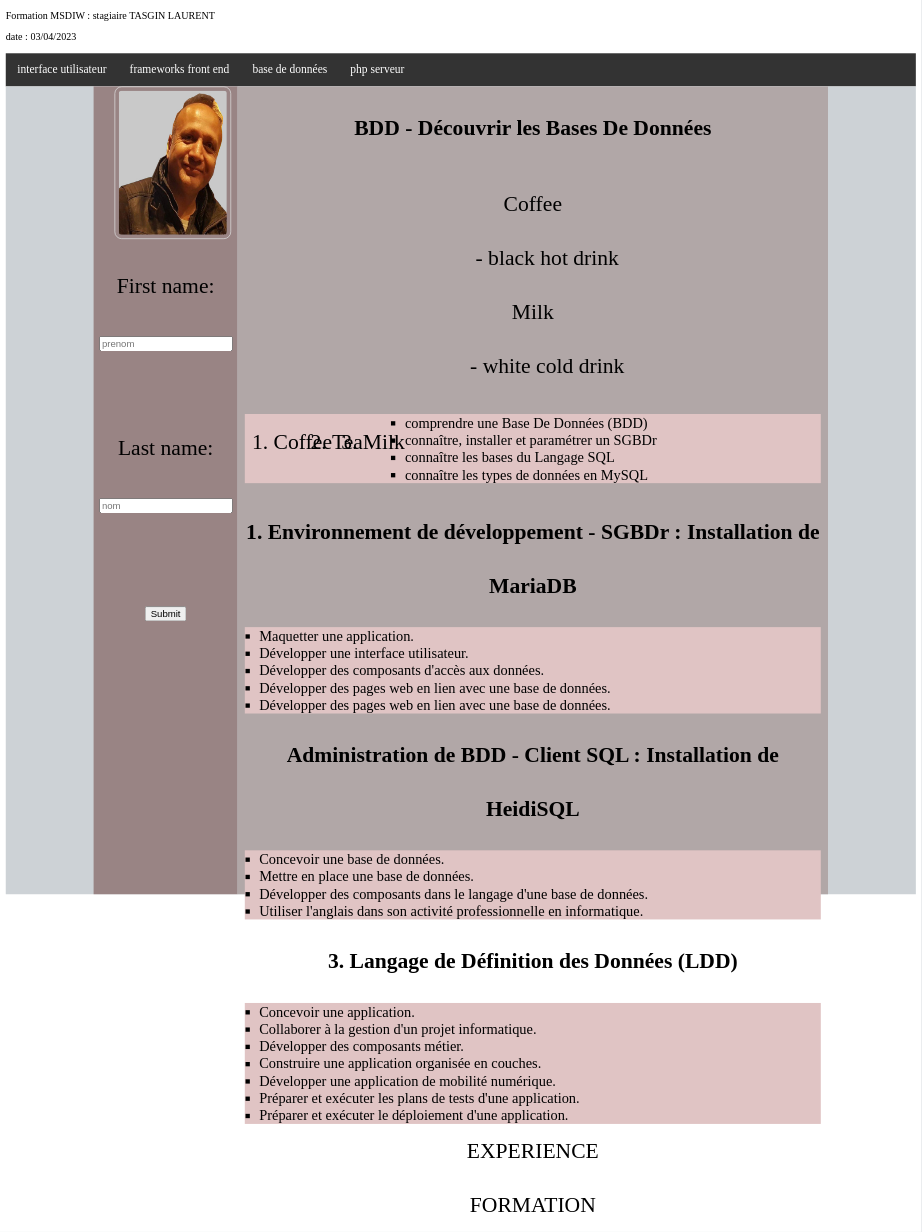
Repository: laurentbul/ApplicationEssai
Page: exercice/ex1/stagiaire_laurent/BACK/BDD/SQL/bdd1_alimenter.html
The author's editor kept a copy of each file at every save. The page is drawn from the files as they stood at one save, then again after the next save.
The browser window is 1280 px wide. The pictures show the whole page, at 72% of full size.

Above is the page before, as saved 2023-04-06 06:03:00.

### exercice/ex1/stagiaire_laurent/BACK/BDD/SQL/bdd1_alimenter.html
<!DOCTYPE html>
<html lang="en">

<head>
  <meta charset="UTF-8">
  <meta http-equiv="X-UA-Compatible" content="IE=edge">
  <meta name="viewport" content="width=device-width, initial-scale=1.0">
  <link rel="icon" type="image/x-icon" sizes="30x30" href="../IMG/img.jpeg">
  <link rel="stylesheet" href="/FRONT/STATIQUE/CSS/msdiw.css">
  <title>Document</title>
  <style>
  </style>
</head>
</head>

<body>
  <p>Formation MSDIW : stagiaire TASGIN LAURENT</p>
  <p>date : 03/04/2023</p>
  <ul>
    <li><a href="./interface_utilisateur.html">interface utilisateur</a></li>
    <li><a href="./interface_utilisateur.html">frameworks front end</a></li>
    <li><a href="./interface_utilisateur.html">base de données</a></li>
    <li><a href="./interface_utilisateur.html">php serveur</a></li>
  </ul>
  <!-- <div>
        <input type="color" id="head" name="head" value="blue">
        <label for="head">Head</label>
    </div> -->
  <div class="flex-container">
    <div class="div_gauche">
      <img src="../IMG/img.jpeg" alt="photo d'identité" width="200" height="200">
      <form action="/action_page.php">
        <label for="fname">First name:</label>
        <input type="text" id="fname" name="fname" placeholder="prenom"><br><br>
        <label for="lname">Last name:</label>
        <input type="text" id="lname" name="lname" placeholder="nom"><br><br>
        <input type="submit" value="Submit">
      </form>
    </div>
    <div class="div_droite">
      <div>
        <h1>BDD - Découvrir les Bases De Données</h1>

        <dl>
            <dt>Coffee</dt>
            <dd>- black hot drink</dd>
            <dt>Milk</dt>
            <dd>- white cold drink</dd>
          </dl>
          <ol>
            <li>Coffee</li>
            <li>Tea</li>
            <li>Milk</li>
          </ol>
        <ol class="paragraphe">
            <li class="competence" >comprendre une Base De Données (BDD)</li>
            <li class="competence" >connaître, installer et paramétrer un SGBDr</li>
            <li class="competence" >connaître les bases du Langage  SQL</li>
            <li class="competence" >connaître les types de données  en MySQL</li>
        </ol>



        <h1 class="titre">1. Environnement de développement - SGBDr : Installation de MariaDB</h1>
        <ul class="paragraphe" >
          <li class="competence"> Maquetter une application.</li>
          <li class="competence"> Développer une interface utilisateur.</li>
          <li class="competence"> Développer des composants d'accès aux données.</li>
          <li class="competence"> Développer des pages web en lien avec une base de données.</li>
          <li class="competence"> Développer des pages web en lien avec une base de données.</li>
        </ul>
        <h1 class="titre">Administration de BDD - Client SQL : Installation de HeidiSQL</h1>
        <ul class="paragraphe" >
          <li class="competence">Concevoir une base de données.</li>
          <li class="competence">Mettre en place une base de données.</li>
          <li class="competence">Développer des composants dans le langage d'une base de données.</li>
          <li class="competence"> Utiliser l'anglais dans son activité professionnelle en informatique.</li>
        </ul>
        <h1 class="titre">3. Langage de Définition des Données (LDD)</h1>
        <ul class="paragraphe">
          <li class="competence"> Concevoir une application.</li>
          <li class="competence"> Collaborer à la gestion d'un projet informatique.</li>
          <li class="competence"> Développer des composants métier.</li>
          <li class="competence"> Construire une application organisée en couches.</li>
          <li class="competence"> Développer une application de mobilité numérique.</li>
          <li class="competence"> Préparer et exécuter les plans de tests d'une application.</li>
          <li class="competence"> Préparer et exécuter le déploiement d'une application.</li>
        </ul>
      </div>
      <div>EXPERIENCE</div>
      <div>FORMATION</div>
    </div>
</body>

</html>

### exercice/ex1/stagiaire_laurent/FRONT/STATIQUE/CSS/msdiw.css
.corps{
    background-color: rgb(201, 149, 71);
    width:900px;
    border: 1px;
  margin-top: 10px;
  margin-left: auto;
  margin-right: auto;
  padding:50px;
}
.paragraphe{
    background-color: #e0c4c4;
    line-height:80%;
    list-style-type:square;
}
.competence{
    font-size: 20px;
    margin-left: 20px;
    float:none;
    text-align:left;
}


h1 {
    font-size: 30px;
  }

  h2 {
    font-size: 30px;
  }

  p {
    font-size: 14px;
  }

.flex-container {
    display: flex;
    flex-direction: row;
    background-color: rgb(205, 210, 214);
  }

  .flex-container > div {

    text-align: center;
    line-height: 75px;
    font-size: 30px;
  }

  .div_gauche{
    background-color: #998484;
    width: 200px;
    margin-left: auto;
    height: 1122px; ;
  }
  .div_droite{
    background-color: #b1a7a7;
    width: 800px;
    height: 1122px;
    margin-right: auto;
    padding-left: 10px;
    padding-right: 10px;
  }

ul {
    list-style-type: none;
    margin: 0;
    padding: 0;
    overflow: hidden;
    background-color: #333;
}

li {
    float: left;
}

li a {
    display: block;
    color: white;
    text-align: center;
    padding: 14px 16px;
    text-decoration: none;
}

li a:hover {
    background-color: #111;
}

.meta{
    /* background-color: rgb(168, 161, 166); */
    width: 900px;
}
.title{
    /* background-color: rgb(221, 219, 214); */
    width: 600px;
}
.utf8{
    /* background-color: rgb(198, 204, 207); */
    width: 600px;
}
.image{
    /* background-color: rgb(198, 204, 207); */
    width: 600px;
}
.css{
    /* background-color: rgb(198, 204, 207); */
    width: 600px;
}
img {
    border: 1px solid #ddd;
    border-radius: 10px;
    padding: 5px;
    width: 150px;
    margin-left: 20px;

  }

After the next save:
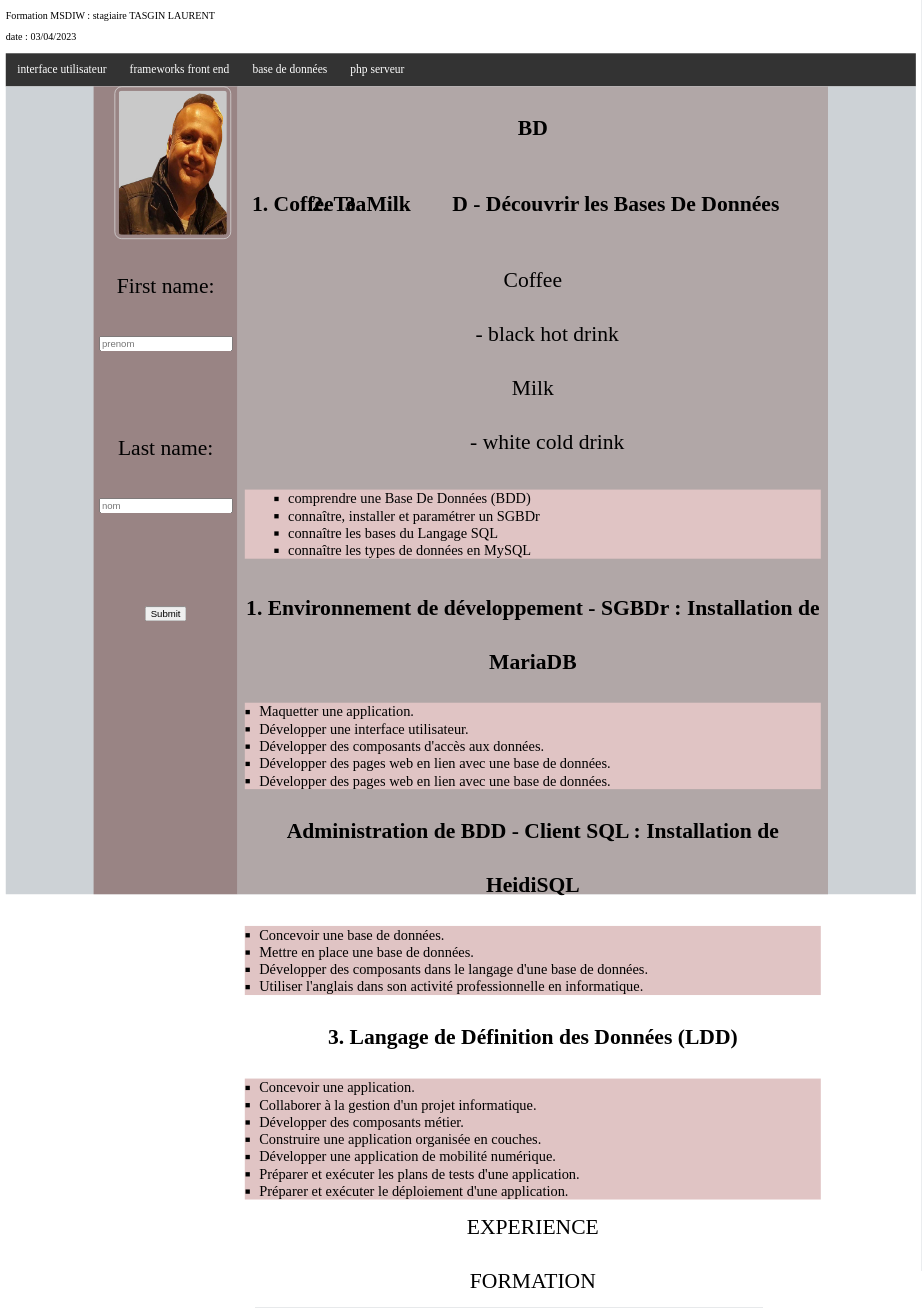
Saved 25 s later.
--- a/exercice/ex1/stagiaire_laurent/BACK/BDD/SQL/bdd1_alimenter.html
+++ b/exercice/ex1/stagiaire_laurent/BACK/BDD/SQL/bdd1_alimenter.html
@@ -39,7 +39,12 @@
     </div>
     <div class="div_droite">
       <div>
-        <h1>BDD - Découvrir les Bases De Données</h1>
+
+        <h1>BD<ol>
+  <li>Coffee</li>
+  <li>Tea</li>
+  <li>Milk</li>
+</ol> D - Découvrir les Bases De Données</h1>
 
         <dl>
             <dt>Coffee</dt>
@@ -47,11 +52,7 @@
             <dt>Milk</dt>
             <dd>- white cold drink</dd>
           </dl>
-          <ol>
-            <li>Coffee</li>
-            <li>Tea</li>
-            <li>Milk</li>
-          </ol>
+
         <ol class="paragraphe">
             <li class="competence" >comprendre une Base De Données (BDD)</li>
             <li class="competence" >connaître, installer et paramétrer un SGBDr</li>

After the 2 saves that followed:
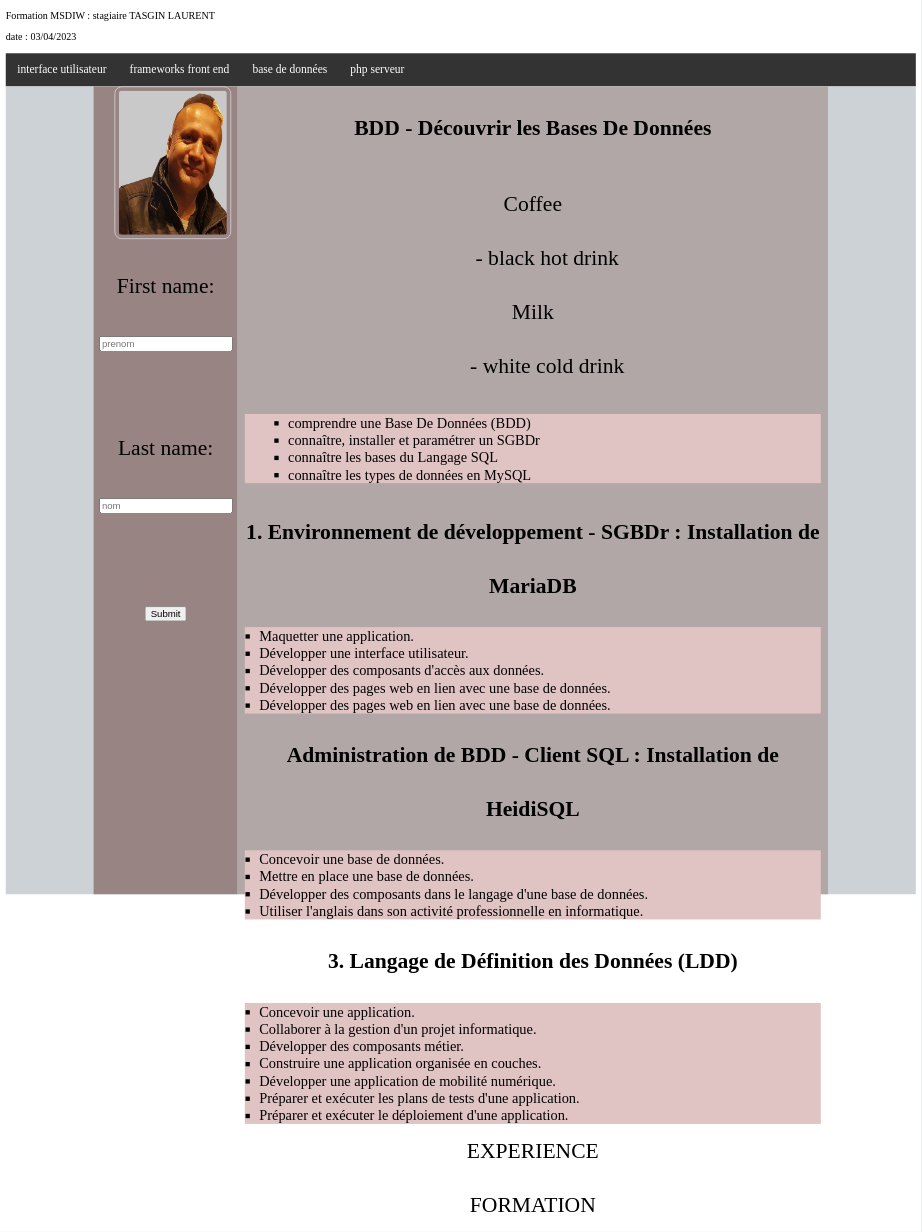
The 2 saves are shown as one change because 1 left the picture as it was.
The last was saved 23 s later.
--- a/exercice/ex1/stagiaire_laurent/BACK/BDD/SQL/bdd1_alimenter.html
+++ b/exercice/ex1/stagiaire_laurent/BACK/BDD/SQL/bdd1_alimenter.html
@@ -40,11 +40,7 @@
     <div class="div_droite">
       <div>
 
-        <h1>BD<ol>
-  <li>Coffee</li>
-  <li>Tea</li>
-  <li>Milk</li>
-</ol> D - Découvrir les Bases De Données</h1>
+        <h1>BDD - Découvrir les Bases De Données</h1>
 
         <dl>
             <dt>Coffee</dt>
